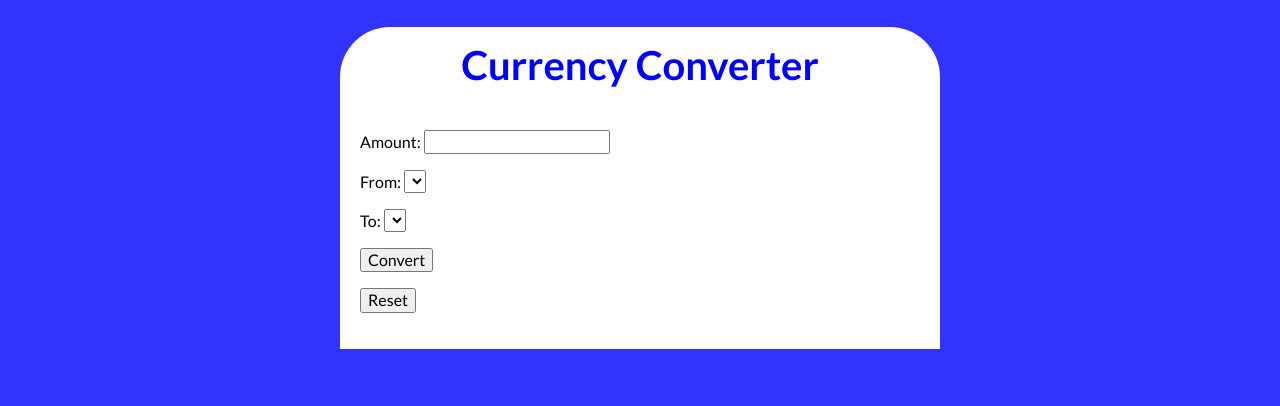
Repository: kkasperczyk/currency-converter
Page: index.html
These files come from the project's save history. The page is drawn as it stood at one moment and after a run of saves; the edit follows.
The browser window is 1280 px wide. The pictures show the whole page.

Above is the page before, as saved 2020-06-15 22:36:12.

After the next 2 saves:
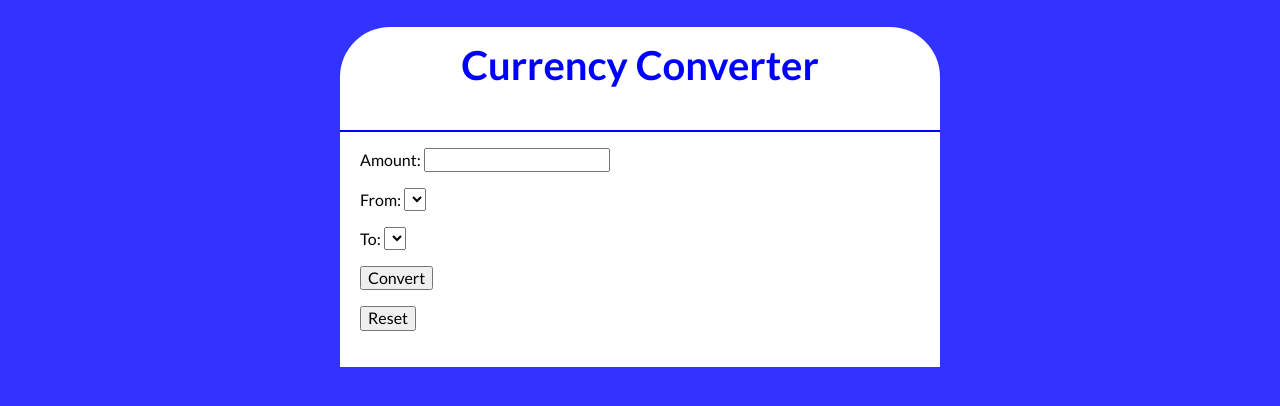
The 2 saves are shown as one change because they came seconds apart.
The last was saved 10 s later.
--- a/css/header.css
+++ b/css/header.css
@@ -1,6 +1,6 @@
 .header {
     text-align: center;
-    border-bottom: hsl(240, 100%, 50%);
+    border-bottom: 2px solid hsl(240, 100%, 50%);
 }
 
 .header__title {
